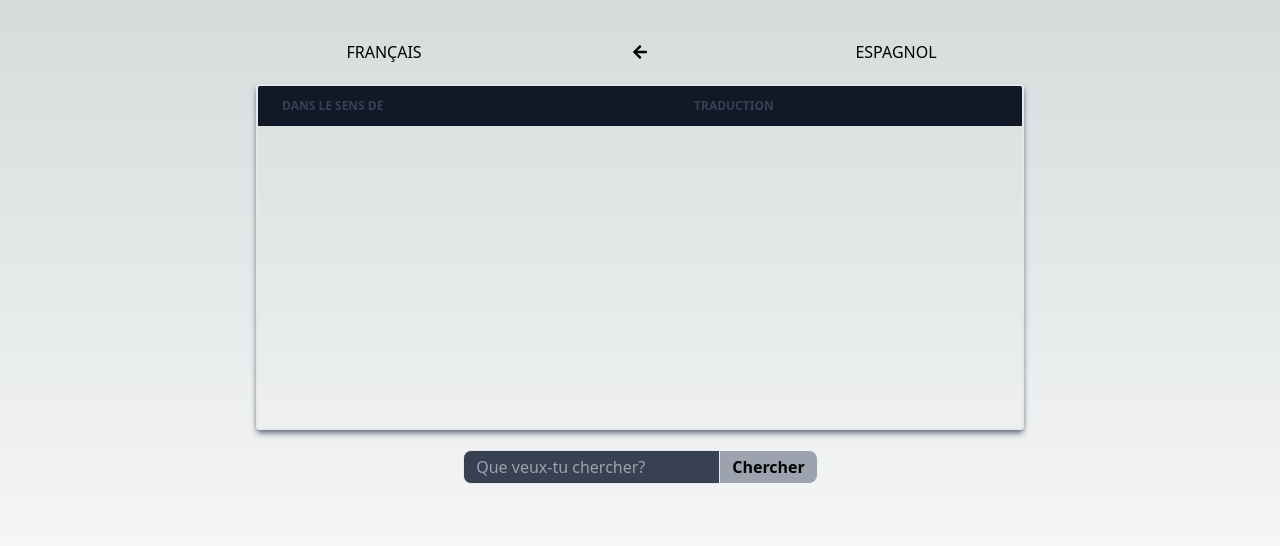
Repository: All-Khwarizmi/Dico
Page: /
The author's editor kept a copy of each file at every save. The page is drawn from the files as they stood at one save, then again after the next save.
The browser window is 1280 px wide. The pictures show the whole page.
The project was rebuilt for these pictures with package versions that can differ from the ones it lists, and the page was loaded fresh each time. The framework's server and built-in components were replaced by stand-ins that run in the browser. Also part of the build but not shown: next.config.js, vite.config.ts.

Above is the page before, as saved 2023-02-17 18:37:53.

### src/app/page.tsx
'use client';
import Image from 'next/image';
import { Inter } from '@next/font/google';
import { FaArrowLeft } from 'react-icons/fa';
import { BsArrowRight } from 'react-icons/bs';
import { FaArrowRight } from 'react-icons/fa';
import EspModal from '@/components/EspModal';
import DicoModal from '@/components/DicoModal';

const inter = Inter({ subsets: ['latin'] });
import parse from 'html-react-parser';
import { useState } from 'react';
import Link from 'next/link';

type Trad = {
  source: string;
  target: string;
};
type Translations = Array<Trad>;
interface TranslationsFetch {
  translations: Array<Trad>;
}
export default function Home() {
  const [word, setWord] = useState<string>('');
  const [isFr, setIsFR] = useState<Boolean>(false);
  const [translations, setTranslations] = useState<Translations>([]);

  const submitWord = (e: React.FormEvent<HTMLFormElement>) => {
    e.preventDefault();
    let check = word.split(' ').length;
    console.log('Submitting', check);
    if (check > 1) {
      return window.alert('1 mot à la fois');
    }
    if (isFr) return fetchDico(word).catch((err) => console.log(err));
    fetchDicoEsp(word).catch((err) => console.log(err));
  };

  const inputWord = (e: React.ChangeEvent<HTMLInputElement>) => {
    return setWord(e.target.value);
  };

  const fetchDico = async (word: string): Promise<void> => {
    console.log('Fetching..');
    const url = 'https://dico-ochre.vercel.app/api/dico';
    const options: RequestInit = {
      method: 'POST',
      headers: {
        'Content-Type': 'text/plain;charset=UTF-8',
      },
      body: JSON.stringify(word),
    };
    const res = await fetch(url, options);
    // eslint-disable-next-line @typescript-eslint/no-unsafe-assignment
    const data = await res.json();
    console.log('Data: ', data);
    // eslint-disable-next-line @typescript-eslint/no-unsafe-assignment
    const { translations }: TranslationsFetch = data;
    setTranslations(translations);
    setWord('');
  };
  const fetchDicoEsp = async (word: string): Promise<void> => {
    console.log('Fetching..');
    const url = 'https://dico-ochre.vercel.app/api/esp';
    const options: RequestInit = {
      method: 'POST',
      headers: {
        'Content-Type': 'text/plain;charset=UTF-8',
      },
      body: JSON.stringify(word),
    };
    const res = await fetch(url, options);
    // eslint-disable-next-line @typescript-eslint/no-unsafe-assignment
    const data = await res.json();
    console.log('Data: ', data);
    // eslint-disable-next-line @typescript-eslint/no-unsafe-assignment
    const { translations }: TranslationsFetch = data;
    setTranslations(translations);
    setWord('');
  };
  return (
    <main className='h-screen w-screen'>
      <div className='grid place-items-center pt-5 '>
        {isFr ? (
          <div className='grid w-[60%] grid-cols-3  place-items-center  '>
            <button onClick={() => setIsFR(!isFr)}>
              <h1 className='py-5 text-center uppercase text-1xl'>Français</h1>
            </button>
            <button onClick={() => setIsFR(!isFr)}>
              <FaArrowRight />
            </button>
            <button onClick={() => setIsFR(!isFr)}>
              <h1 className='py-5 text-center uppercase text-1xl'>Espagnol</h1>
            </button>
          </div>
        ) : (
          <div className='grid w-[60%] grid-cols-3  place-items-center  '>
            <button onClick={() => setIsFR(!isFr)}>
              <h1 className='py-5 text-center uppercase text-1xl'>Français</h1>
            </button>
            <button onClick={() => setIsFR(!isFr)}>
              <FaArrowLeft />
            </button>
            <button onClick={() => setIsFR(!isFr)}>
              <h1 className='py-5 text-center uppercase text-1xl'>Espagnol</h1>
            </button>
          </div>
        )}
      </div>
      <div className='flex h-[80%] flex-col  items-center gap-5'>
        <div className=' h-[60%] max-h-[80%] w-[60%] overflow-scroll rounded border-2 border-solid dark:border-gray-600 shadow-md shadow-gray-500 '>
          <div className='text-black '>
            <div className=''>
              <table className='  relative w-full text-left text-sm text-gray-500 dark:text-gray-400'>
                <thead className='  sticky top-0 bg-gray-900 text-xs uppercase text-gray-700 '>
                  <tr>
                    <th scope='col' className='px-6 dark:text-white py-3 '>
                      Dans le sens de
                    </th>
                    <th scope='col' className='px-6 dark:text-white py-3 '>
                      Traduction
                    </th>
                  </tr>
                </thead>
                <tbody className='bg-gray-800'>
                  {translations?.map((trad: Trad, index) => {
                    return (
                      <tr
                        className='border-b bg-white dark:border-gray-700 dark:bg-gray-800'
                        key={index}
                      >
                        <td className='px-6 py-4'> {parse(trad?.source)}</td>
                        <th
                          scope='row'
                          className='whitespace-nowrap px-6 py-4 font-medium text-gray-900 dark:text-white'
                        >
                          {parse(trad?.target)}
                        </th>
                      </tr>
                    );
                  })}
                </tbody>
              </table>
            </div>
          </div>
        </div>
        <form className='text-black' onSubmit={(e) => submitWord(e)}>
          <input
            onChange={(event) => inputWord(event)}
            value={word}
            placeholder='Que veux-tu chercher?'
            className='rounded-lg border dark:text-white border-1 bg-gray-700 rounded-r-none px-3 py-1'
            type='text'
            name='word'
            id='word'
          />
          <button
            className='rounded-lg rounded-l-none bg-gray-400 dark:text-white font-bold dark:bg-purple-900 px-3 py-1 dark:py-1.5'
            type='submit'
          >
            Chercher
          </button>
        </form>
      </div>
    </main>
  );
}

Loaded but not shown: src/app/layout.tsx (common file); src/app/globals.css (common file); tailwind.config.js (common file)

After the next save:
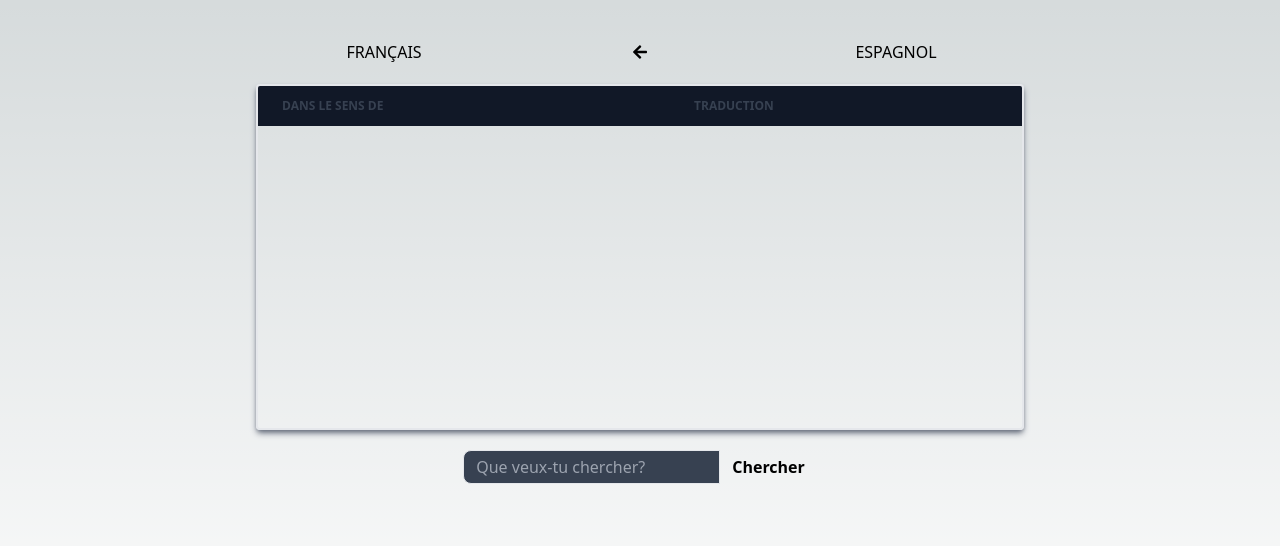
Saved 42 s later.
--- a/src/app/page.tsx
+++ b/src/app/page.tsx
@@ -155,7 +155,7 @@ export default function Home() {
             id='word'
           />
           <button
-            className='rounded-lg rounded-l-none bg-gray-400 dark:text-white font-bold dark:bg-purple-900 px-3 py-1 dark:py-1.5'
+            className='rounded-lg rounded-l-none dark:bg-gray-400 dark:text-white font-bold dark:bg-purple-900 px-3 py-1 dark:py-1.5'
             type='submit'
           >
             Chercher
